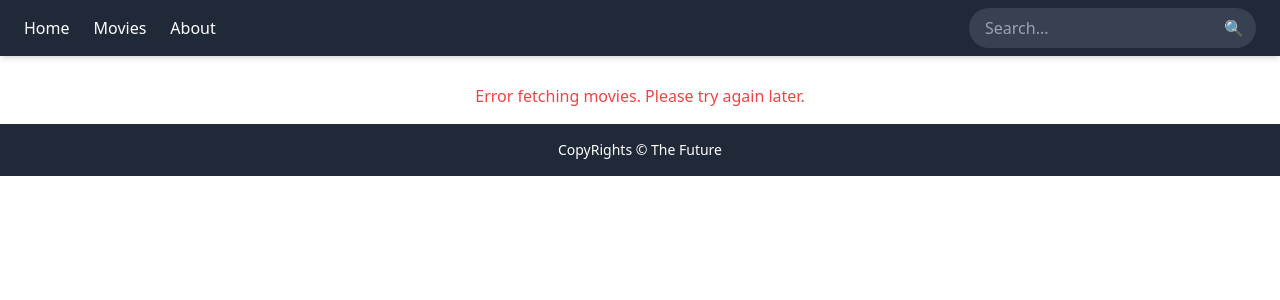
Repository: TheSecretlifeOfX/Movie-Rating
Page: /movies
The author's editor kept a copy of each file at every save. The page is drawn from the files as they stood at one save, then again after the next save.
The browser window is 1280 px wide. The pictures show the whole page.
The page's requests for data from a server got no answer. The project was rebuilt for these pictures with package versions that can differ from the ones it lists, and the page was loaded fresh each time. The framework's server and built-in components were replaced by stand-ins that run in the browser. No one was signed in, and anything a server would have sent is missing. Also part of the build but not shown: next.config.ts.

Above is the page before, as saved 2024-11-30 14:46:05.

### app/layout.tsx
// 'use client';
// // import type { Metadata } from "next";
// import { metadata } from "./components/metadata";
// import localFont from "next/font/local";
// import "./globals.css";
// import NavBar from "./components/NavBar";
// import Footer from "./components/Footer";
// import { useState } from "react";

// const geistSans = localFont({
//   src: "./fonts/GeistVF.woff",
//   variable: "--font-geist-sans",
//   weight: "100 900",
// });
// const geistMono = localFont({
//   src: "./fonts/GeistMonoVF.woff",
//   variable: "--font-geist-mono",
//   weight: "100 900",
// });

// // export const metadata: Metadata = {
// //   title: "Create Next App",
// //   description: "Generated by create next app",
// // };

// export default function RootLayout({
//   children,
// }: Readonly<{
//   children: React.ReactNode;
// }>) {
//   const [searchQuery, setSearchQuery] = useState(""); // State to hold the search query

//   // Handle the search query change
//   const handleSearch = (query: string) => {
//     setSearchQuery(query);
//     console.log("Search query:", query); // You can replace this with your actual search logic
//   };

//   return (
//     <html lang="en">
//       <body
//         className={`${geistSans.variable} ${geistMono.variable} antialiased`}
//       >
//         <nav>
//           {/* Pass the handleSearch function to NavBar */}
//           <NavBar onSearch={handleSearch} />
//         </nav>
//         {children}
//         <footer>
//           <Footer />
//         </footer>
//       </body>
//     </html>
//   );
// }

'use client';
import { useRouter } from 'next/navigation'; // Import useRouter
import localFont from 'next/font/local';
import './globals.css';
import NavBar from './components/NavBar';
import Footer from './components/Footer';
import { useState } from 'react';

const geistSans = localFont({
  src: './fonts/GeistVF.woff',
  variable: '--font-geist-sans',
  weight: '100 900',
});

const geistMono = localFont({
  src: './fonts/GeistMonoVF.woff',
  variable: '--font-geist-mono',
  weight: '100 900',
});

export default function RootLayout({
  children,
}: Readonly<{
  children: React.ReactNode;
}>) {
  const router = useRouter(); // Initialize useRouter for navigation
  const [searchQuery, setSearchQuery] = useState(''); // State to hold the search query

  // Handle the search query change
  const handleSearch = (query: string) => {
    setSearchQuery(query); // Update the local search state (optional)
    router.push(`/movies?search=${encodeURIComponent(query)}`); // Navigate to the Movies page with the search query
  };

  return (
    <html lang="en">
      <body
        className={`${geistSans.variable} ${geistMono.variable} antialiased`}
      >
        <nav>
          {/* Pass the handleSearch function to NavBar */}
          <NavBar onSearch={handleSearch} />
        </nav>
        {children}
        <footer>
          <Footer />
        </footer>
      </body>
    </html>
  );
}

### app/movies/page.tsx
'use client';

import React, { useState, useEffect } from "react";
import { useSearchParams } from "next/navigation";
import Link from "next/link";

interface Movie {
  id: string;
  title: string;
  year: string;
  poster: string;
}

const MoviesListPage = () => {
  const [movies, setMovies] = useState<Movie[]>([]);
  const [loading, setLoading] = useState(false);
  const [currentPage, setCurrentPage] = useState(1);
  const [totalPages, setTotalPages] = useState(1);
  const [error, setError] = useState<string>('');

  const searchParams = useSearchParams();
  const searchQuery = searchParams.get("search") || ""; // Default to empty string if not found

  const OMDB_API_KEY = "dfce1fa4";

  useEffect(() => {
    const fetchMovies = async () => {
      setLoading(true);
      setError('');

      const url = `https://www.omdbapi.com/?s=${encodeURIComponent(
        searchQuery || "batman"
      )}&page=${currentPage}&apikey=${OMDB_API_KEY}`;

      try {
        const response = await fetch(url);
        if (!response.ok) {
          throw new Error("Failed to fetch data from OMDb API");
        }

        const data = await response.json();

        if (data.Response === "False") {
          setError(data.Error || "No results found.");
        } else if (data.Search && Array.isArray(data.Search)) {
          const formattedMovies = data.Search.map((item: any) => ({
            id: item.imdbID,
            title: item.Title,
            year: item.Year,
            poster: item.Poster || "https://via.placeholder.com/300x400.png",
          }));
          setMovies(formattedMovies);
          setTotalPages(Math.ceil(data.totalResults / 10));
        } else {
          setError("Unexpected data format.");
        }
      } catch (error) {
        setError("Error fetching movies. Please try again later.");
      } finally {
        setLoading(false);
      }
    };

    fetchMovies();
  }, [currentPage, searchQuery]); // Re-fetch when currentPage or searchQuery changes

  const handleNextPage = () => {
    setCurrentPage(currentPage + 1);
  };

  const handlePreviousPage = () => {
    if (currentPage > 1) {
      setCurrentPage(currentPage - 1);
    }
  };

  return (
    <div className="container mx-auto p-4">
      <h1 className="text-3xl font-bold text-center mb-8">Movies List</h1>

      {loading ? (
        <p className="text-center text-gray-500">Loading movies...</p>
      ) : error ? (
        <p className="text-center text-red-500">{error}</p>
      ) : (
        <div>
          <div className="grid grid-cols-1 sm:grid-cols-2 md:grid-cols-3 lg:grid-cols-4 gap-6">
            {movies.map((movie) => (
              <div key={movie.id} className="movie-item bg-white shadow-lg rounded-lg overflow-hidden">
                <Link href={`/movies/${movie.id}`}>
                  <img
                    src={movie.poster}
                    alt={movie.title}
                    className="w-full h-48 object-cover"
                  />
                  <div className="p-4">
                    <h3 className="text-xl font-semibold">{movie.title}</h3>
                    <p className="text-gray-500 text-sm">Year: {movie.year}</p>
                  </div>
                </Link>
              </div>
            ))}
          </div>

          <div className="flex justify-center items-center mt-8 space-x-4">
            <button
              onClick={handlePreviousPage}
              disabled={currentPage === 1}
              className={`px-6 py-2 rounded-full ${currentPage === 1 ? "bg-gray-300 text-gray-500 cursor-not-allowed" : "bg-purple-500 text-white hover:bg-purple-700"}`}
            >
              Previous
            </button>

            <span className="text-gray-700">
              Page {currentPage} of {totalPages}
            </span>

            <button
              onClick={handleNextPage}
              disabled={currentPage === totalPages}
              className={`px-6 py-2 rounded-full ${currentPage === totalPages ? "bg-gray-300 text-gray-500 cursor-not-allowed" : "bg-purple-500 text-white hover:bg-purple-700"}`}
            >
              Next
            </button>
          </div>
        </div>
      )}
    </div>
  );
};

export default MoviesListPage;

### app/globals.css
@tailwind base;
@tailwind components;
@tailwind utilities;

/* Background Animation */
@keyframes move-background {
  0% {
    transform: translateX(0) translateY(0);
  }
  50% {
    transform: translateX(-10%) translateY(-10%);
  }
  100% {
    transform: translateX(0) translateY(0);
  }
}

.animate-move-background {
  background-size: 200% 200%;
  animation: move-background 15s infinite alternate linear;
}

/* Slideshow Animation */
/* Add this to your global CSS or in the component's style */
@keyframes slideEffect {
  0% {
    transform: translateX(0);
  }
  100% {
    transform: translateX(-100%); /* Move all images out of view */
  }
}

.animate-slide {
  display: flex;
  width: 100%;
  animation: slideEffect 15s linear infinite; /* Animation running infinitely */
}

### app/components/NavBar.tsx
import React, { useState } from 'react';
import Link from 'next/link';

interface NavbarProps {
  onSearch: (query: string) => void;
}

export default function NavBar({ onSearch }: NavbarProps) {
  const [query, setQuery] = useState('');

  const handleSearchChange = (e: React.ChangeEvent<HTMLInputElement>) => {
    setQuery(e.target.value);
  };

  const handleSearchSubmit = (e: React.FormEvent) => {
    e.preventDefault();
    onSearch(query); // Call the onSearch function passed from parent component
  };

  return (
    <nav className="fixed top-0 left-0 w-full bg-gray-800 text-white py-2 px-6 flex justify-between items-center z-50 shadow-md">
      {/* Left: Navigation Links */}
      <div className="flex space-x-6">
        <Link href="/" className="hover:text-gray-400">
          Home
        </Link>
        <Link href="/movies" className="hover:text-gray-400">
          Movies
        </Link>
        <a href="#about" className="hover:text-gray-400">
          About
        </a>
      </div>

      {/* Right: Search Bar */}
      <div className="relative">
        <form onSubmit={handleSearchSubmit}>
          <input
            type="text"
            value={query}
            onChange={handleSearchChange}
            placeholder="Search..."
            className="pl-4 pr-10 py-2 bg-gray-700 text-white rounded-full outline-none focus:ring-2 focus:ring-purple-500"
          />
          <button
            type="submit"
            className="absolute right-3 top-1/2 transform -translate-y-1/2 text-gray-400 hover:text-white"
          >
            🔍
          </button>
        </form>
      </div>
    </nav>
  );
}

### app/components/Footer.tsx
import React from 'react';

export default function Footer() {
  return (
    <footer className="w-full bg-gray-800 text-white py-4 text-center z-50">
      <p className="text-sm">
        CopyRights © The Future
      </p>
    </footer>
  );
}

Loaded but not shown: tailwind.config.ts (common file)

After the next save:
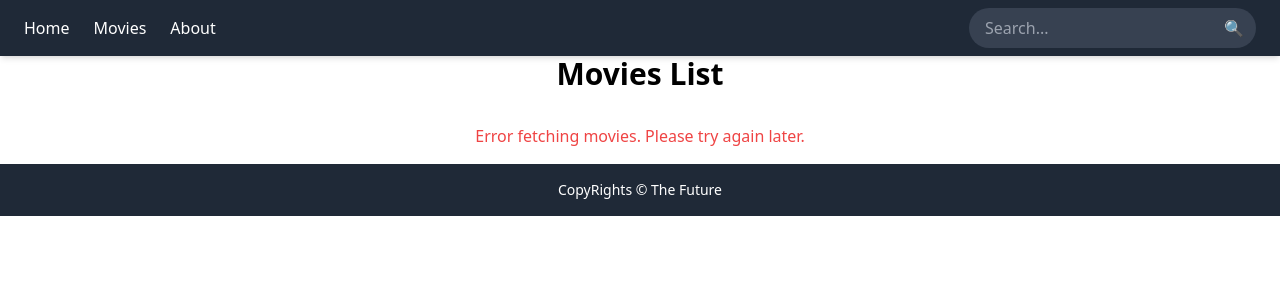
Saved 3 h 24 min later.
--- a/app/movies/page.tsx
+++ b/app/movies/page.tsx
@@ -76,7 +76,7 @@ const MoviesListPage = () => {
 
   return (
     <div className="container mx-auto p-4">
-      <h1 className="text-3xl font-bold text-center mb-8">Movies List</h1>
+      <h1 className="text-3xl font-bold text-center mt-10 mb-8">Movies List</h1>
 
       {loading ? (
         <p className="text-center text-gray-500">Loading movies...</p>
